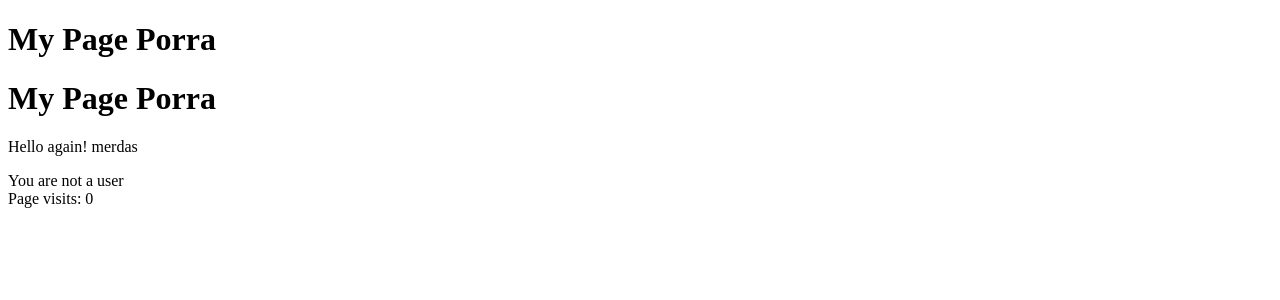
Repository: Arturgouveia1970/SaaS-art-sample
Page: http://localhost/
These files come from the project's save history. The page is drawn as it stood at one moment and after the next save; the edit follows.
The browser window is 1280 px wide. The pictures show the whole page.
The page is served by the project's application, run on Django 5.2 (src/manage.py). Queries for data that is not in the repository find no rows.

Above is the page before, as saved 2025-02-24 14:16:36.

After the next save:
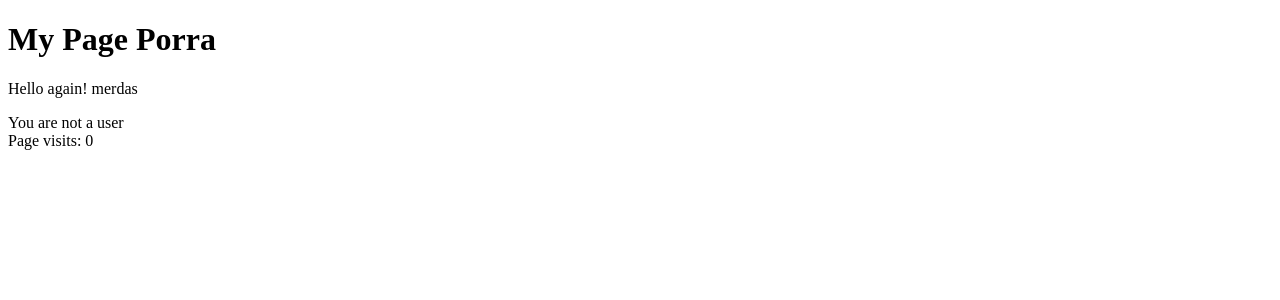
Saved 97 s later.
--- a/src/templates/home.html
+++ b/src/templates/home.html
@@ -3,7 +3,7 @@
 {% block head_title %}Homepage - {{ block.super }}{% endblock head_title %}
 
 {% block content %}
-    <h1>{{ page_title }}</h1>
+    <!-- <h1>{{ page_title }}</h1> -->
     <p>Hello again! merdas</p>
     {% include 'snippets/welcome-user-msg.html' %}
 
